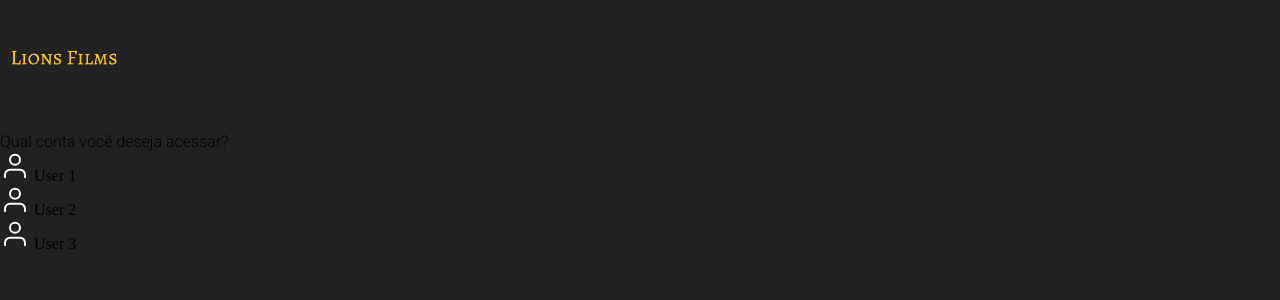
Repository: Leonngc/streaming-project
Page: index.html
An editor plug-in stored every save of this project. The page is shown before and after a run of saves, followed by the edit.
The browser window is 1280 px wide. The pictures show the whole page.
The style sheet was rebuilt from its Sass, Less or Tailwind sources for each picture, by a compiler version that may differ from the author's.

Above is the page before, as saved 2023-09-01 20:16:07.

### index.html
<!DOCTYPE html>
<html lang="pt">
<head>
    <meta charset="UTF-8">
    <meta name="viewport" content="width=device-width, initial-scale=1.0">
    <title>Tela de Login</title>
    <link rel="stylesheet" href="styles/style.css">
</head>
<body>
    <header>
        <img src="streaming-assets/logo.png" alt="" class="logo small-container">
    </header>
    <main>
        <h1 class="roboto f300 font-base">Qual conta você deseja acessar?</h1>
        <div class="user-container">
            <div class="users">
                <img src="streaming-assets/user.svg" alt="">
                <span>User 1</span>
            </div>
            <div class="users">
                <img src="streaming-assets/user.svg" alt="">
                <Span>User 2</Span>
            </div>
            <div class="users">
                <img src="streaming-assets/user.svg" alt="">
                <span>User 3</span>
            </div>
        </div>
    </main>
</body>
</html>

### styles/style.scss
@use "_core.scss";

*{
    padding: 0;
    margin: 0;
    box-sizing: border-box;
}

body{
    background-color: core.$eerie-black;
}

### styles/_core.scss
//CDN Google Fonts
@import url('https://fonts.googleapis.com/css2?family=Roboto:ital,wght@0,100;0,300;0,400;0,500;0,700;0,900;1,100;1,300;1,400;1,500;1,700;1,900&display=swap');
// CORES

$yellow-amber: #ffc107;
$eerie-black: #212121;
$white: #fff;
$pigment-green: #4CAF50;
$giants-orange: #FF5722;

// Fonts
.roboto{ font-family: Roboto, 'sans-serif';}
.font-small{font-size:.8rem;}
.font-base{font-size: 1rem;}
.font-title{ font-size: 1.5rem;}

.f100{font-weight: 100;}
.f200{font-weight: 200;}
.f300{font-weight: 300;}
.f400{font-weight: 400;}
.f500{font-weight: 500;}
.bold{font-weight: bold;}
.lighter{font-weight: lighter;}
// Tamanhos
    // Widths
.small-container{width:10vw;}
.midle-container{width:50vw;}
.max-container{width:100vw;}

    // heights
.small-height{height:30vh;}
.midle-height{height:50vh;}
.max-height{height: 100vh;}

After the next 3 saves:
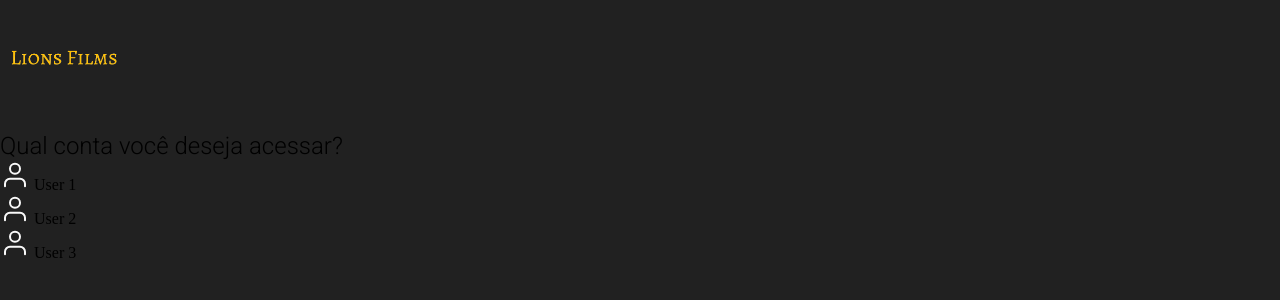
The 3 saves are shown as one change because they came seconds apart.
The last was saved 9 s later.
--- a/index.html
+++ b/index.html
@@ -11,7 +11,7 @@
         <img src="streaming-assets/logo.png" alt="" class="logo small-container">
     </header>
     <main>
-        <h1 class="roboto f300 font-base">Qual conta você deseja acessar?</h1>
+        <h1 class="roboto f300 font-title">Qual conta você deseja acessar?</h1>
         <div class="user-container">
             <div class="users">
                 <img src="streaming-assets/user.svg" alt="">
